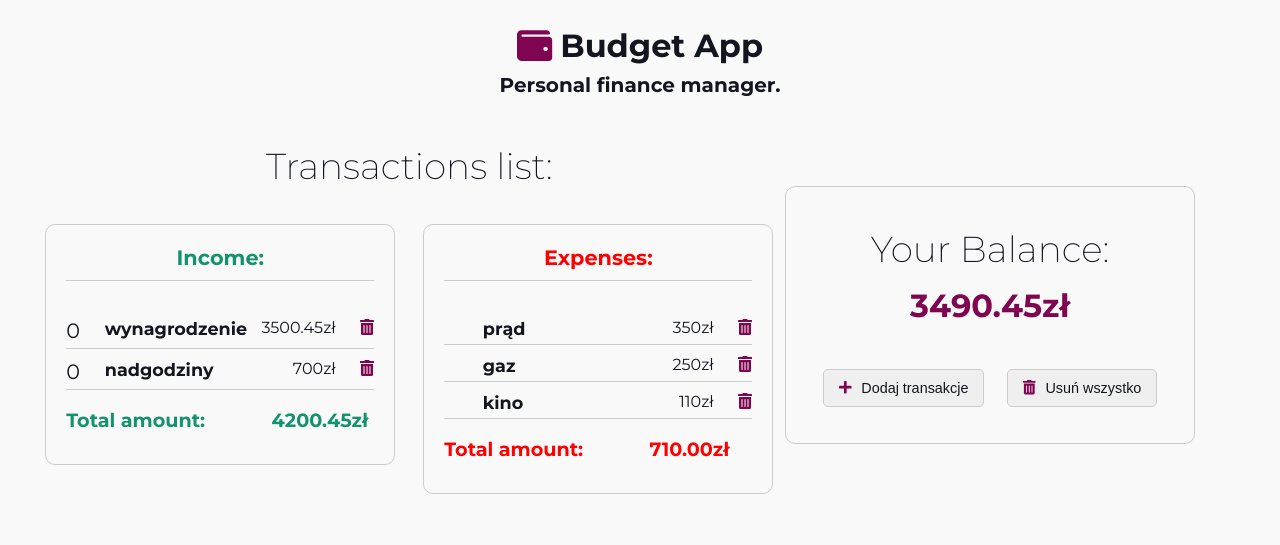
Repository: KrzysKolo/sr_tydzien4_zad4
Page: /
The author's editor kept a copy of each file at every save. The page is drawn from the files as they stood at one save, then again after a run of saves.
The browser window is 1280 px wide. The pictures show the whole page.
Some web libraries are served in a nearby version. The project was rebuilt for these pictures with package versions that can differ from the ones it lists, and the page was loaded fresh each time. Also part of the build but not shown: src/components/budgetComponents/sectionComponents/Cat.js, src/components/budgetComponents/formComponents/Header.js, src/components/budgetComponents/formComponents/ErrorMessage.js, src/components/budgetComponents/formComponents/Input.js, src/components/budgetComponents/formComponents/Select.js.

Above is the page before, as saved 2020-12-09 04:22:18.

### public/index.html
<!DOCTYPE html>
<html lang="en">
  <head>
    <meta charset="utf-8" />
    <link rel="icon" href="%PUBLIC_URL%/favicon.ico" />
    <meta name="viewport" content="width=device-width, initial-scale=1" />
    <meta name="theme-color" content="#000000" />
    <meta
      name="description"
      content="Web site created using create-react-app"
    />
    <link rel="apple-touch-icon" href="%PUBLIC_URL%/logo192.png" />
    <!--
      manifest.json provides metadata used when your web app is installed on a
      user's mobile device or desktop. See https://developers.google.com/web/fundamentals/web-app-manifest/
    -->
    <link rel="manifest" href="%PUBLIC_URL%/manifest.json" />
    <!--
      Notice the use of %PUBLIC_URL% in the tags above.
      It will be replaced with the URL of the `public` folder during the build.
      Only files inside the `public` folder can be referenced from the HTML.

      Unlike "/favicon.ico" or "favicon.ico", "%PUBLIC_URL%/favicon.ico" will
      work correctly both with client-side routing and a non-root public URL.
      Learn how to configure a non-root public URL by running `npm run build`.
    -->
    <link
      href="https://fonts.googleapis.com/css?family=Montserrat:200,400,700&display=swap&subset=latin-ext"
      rel="stylesheet"
    />
    <script
      src="https://kit.fontawesome.com/327a0d490c.js"
      crossorigin="anonymous"
    ></script>
    <title>Budget</title>
  </head>
  <body>
    <noscript>You need to enable JavaScript to run this app.</noscript>
    <div id="root"></div>
    <!--
      This HTML file is a template.
      If you open it directly in the browser, you will see an empty page.

      You can add webfonts, meta tags, or analytics to this file.
      The build step will place the bundled scripts into the <body> tag.

      To begin the development, run `npm start` or `yarn start`.
      To create a production bundle, use `npm run build` or `yarn build`.
    -->
  </body>
</html>

### src/App.js
import React from 'react';
import Budget from './components/Budget'

const App = () => {
  return (
    <>
      <Budget/>
    </>
  )
}

export default App;

### src/components/Budget.js
import React, { useContext } from 'react';
import Header from './budgetComponents/Header';
import Section from './budgetComponents/Section';
import SectionInfo from './budgetComponents/SectionInfo';
import H2 from './budgetComponents/sectionComponents/H2';
/* import ExpenseTransaction from './data/ExpenseTransaction';
import IncomeTransaction from './data/IcomeTransaction'; */
import {GlobalContextProvider, GlobalContext} from './context/GlobalState';
import styled, { createGlobalStyle } from 'styled-components';

const GlobalStyle = createGlobalStyle`
    * {
        padding: 0;
        margin: 0;
        box-sizing: border-box;
    }
    body {
        background-color: #f9f9f9;
        color: #14161f;
        font-family: "Montserrat", sans-serif;
        font-size: 16px;
        min-height: 100vh;
    }
    `;
const Container = styled.main`
    font-size: 1.5rem;
`;
const SectionContainer = styled.section`
    display: flex;
    flex-direction: row;
    justify-content: center;
    align-items: center;
`;
const SectionBudget = styled.section`
    display: flex;
    flex-direction: column;
    justify-content: center;
    align-items: center;
`;
const DivItems = styled.div`
    display: flex;
    flex-direction: row;
    justify-content: center;
    align-items: flex-start;

`;
const Budget = () => {
    const {incomeTransactions, expenseTransactions}=useContext(GlobalContext);
    const incomeAmounts = incomeTransactions.map(incomeTransaction => incomeTransaction.amount);
    const expenseAmounts = expenseTransactions.map(expenseTransaction => expenseTransaction.amount);
    const totalIncome = incomeAmounts.reduce((acc, item) => (acc+=item),0).toFixed(2);
    const totalExpense = expenseAmounts.reduce((acc, item) => (acc+=item),0).toFixed(2);
    const totalAmounte = totalIncome - totalExpense;

    return (
        <GlobalContextProvider>
            <GlobalStyle />
            <Container>
                <Header />
                <SectionContainer>
                    <SectionBudget>
                        <H2 title="Transactions list" />
                        <DivItems>
                            <Section title="Income" label="income" data={incomeTransactions} total={totalIncome}/>
                            <Section title="Expenses" data={expenseTransactions} total={totalExpense} />
                        </DivItems>
                    </SectionBudget>
                    <SectionInfo title="Your Balance" total={totalAmounte} />
                </SectionContainer>
            </Container>
        </GlobalContextProvider>
    )
}

export default Budget;

### src/components/budgetComponents/Header.js
import React from 'react';
import styled from 'styled-components';
import { FontAwesomeIcon } from '@fortawesome/react-fontawesome';
import { faWallet } from '@fortawesome/free-solid-svg-icons';

const SectionHeader = styled.header`
    align-items: center;
    color: rgb(127, 5, 80);
    display: flex;
    font-size: 2.2rem;
    flex-direction: column;
    justify-content: center;
    padding: 2%;
`;
const DivHeader = styled.div`
    align-items: center;
    display: flex;
    flex-direction: row;
    justify-content: center;
    margin-bottom: 0.5rem;
`;
const H1Header = styled.h1`
    color: #14161f;
    font-size: 2rem;
    margin-left: .5rem;
`;
const H2Header = styled.h2`
    color: #14161f;
    font-size: 1.25rem;
`;
const Header = () => {
    return (
        <SectionHeader>
            <DivHeader>
                <FontAwesomeIcon icon={faWallet}/>
                <H1Header>Budget App</H1Header>
            </DivHeader>
            <H2Header>Personal finance manager.</H2Header>
        </SectionHeader>
    )
}

export default Header;

### src/components/budgetComponents/Section.js
import React, { useContext } from 'react';
import { GlobalContext } from '../context/GlobalState';
import { H1, DivData }from './sectionComponents/index';

import styled from 'styled-components';

const SectionWrapper = styled.section`
    border: 1px solid #ccc;
    border-radius: 10px;
    display: flex;
    flex-direction: column;
    font-size: 1.3rem;
    justify-content: center;
    align-items: center;
    margin: 2%;
    padding: 20px;
    min-width: 350px;
    width: 50%;
`;
const Section = ({ title, label, data, total }) => {
    const {deleteTransaction} = useContext(GlobalContext);
   return (
        <SectionWrapper>
           <H1 title={title} label={label} />
           <DivData data={data} label={label} total={total} onClick={deleteTransaction} />
        </SectionWrapper>
    )
}

export default Section;

### src/components/budgetComponents/SectionInfo.js
import React, { useState } from 'react';
import { H2, P } from './sectionComponents/index';
import Form from './Form';
import Button from './../budgetComponents/buttons/Button';
import styled from 'styled-components';
import { faPlus,  faTrashAlt } from '@fortawesome/free-solid-svg-icons';
const SectionWrapper = styled.section`
    border: 1px solid #ccc;
    border-radius: 10px;
    display: flex;
    flex-direction: column;
    margin: 2vw;
    padding: 2%;
`;
const ButtonWrapper = styled.div`
    display: flex;
    flex-direction: row;
`;

const SectionInfo = ({ title, total }) => {
    const [showForm, setShowForm] = useState(false);
    const openForm = () =>{
        setShowForm(prev => !prev);
  };
    return (
        <>
        <SectionWrapper>
           <H2 title={title}> </H2>
           <P total={total} />
           <ButtonWrapper>
                <Button onClick={openForm} title="Dodaj transakcje" icons={faPlus} />
                <Button title="Usuń wszystko" icons={faTrashAlt} type="submit"/>
           </ButtonWrapper>

        </SectionWrapper>
        <Form showForm={showForm} setShowForm={setShowForm} />
        </>
    )
}

export default SectionInfo;

### src/components/budgetComponents/sectionComponents/H2.js
import React from 'react'
import styled from 'styled-components';

const TitleH2 = styled.h2`
    font-weight: 200;
    margin: 2% auto;
    padding: 0.5rem;
`;

const H2 = ({title}) => {
    return (
        <TitleH2>
            {title}:
        </TitleH2>
    )
}

export default H2;

### src/components/context/GlobalState.js
import React, {createContext, useReducer} from 'react';
import AppReducer from './AppReducer';
const initialState = {
    incomeTransactions: [
        { id: 0, category: 0, name: "wynagrodzenie", amount: 3500.45},
        { id: 1, category: 0, name: "nadgodziny", amount: 700},
    ],
    expenseTransactions: [
        { id: 0, category: 1, name: "prąd", amount: 350},
        { id: 1, category: 1, name: "gaz", amount: 250},
        { id: 3, category: 4, name: "kino", amount: 110},
    ],
};
export const GlobalContext = createContext(initialState);
export const GlobalContextProvider = ({children}) => {
    const [state, dispatch] = useReducer(AppReducer, initialState);

    const addIncome = incomeTransaction => {
        dispatch({
            type: "ADD_INCOME",
            payload: incomeTransaction,
        });
    };
    const addExpense = expenseTransaction => {
        dispatch({
            type: "ADD_EXPENSE",
            payload: expenseTransaction,
        });
    };
    const deleteTransaction = id => {
        dispatch({
            type: "DELETE_TRANSACTION",
            payload: id,
          });
    };
    return (
        <GlobalContext.Provider value={{
            incomeTransactions: state.incomeTransactions,
            expenseTransactions: state.expenseTransactions,
            addIncome,
            addExpense,
            deleteTransaction,
        }}>
            {children}
        </GlobalContext.Provider>
    )
}

### src/components/budgetComponents/sectionComponents/index.js
export { default as H1 } from './H1';
export { default as H2 } from './H2';
export { default as P } from './P';
export { default as DivData } from './DivData';

### src/components/budgetComponents/Form.js
import React, { useState, useContext } from 'react';
import { v4 as uuidv4 } from 'uuid';
import { GlobalContext } from '../context/GlobalState';
import { Header, Input, Select } from './formComponents/';
import Button from './buttons/Button';
import styled from 'styled-components';
import SelectOptions from './../data/SelectOptions';
import { faBusinessTime, faSave, faWindowClose } from '@fortawesome/free-solid-svg-icons';
import { useFormik } from 'formik';
import * as yup from 'yup';

const FormWrapper = styled.form`
    background-color: #f9f9f9;
    border: 4px double rgb(127, 5, 80);
    border-radius: 10px;
    box-shadow: 3px 3px 5px rgba(127, 5, 80, 0.5);
    color: rgb(127, 5, 80);
    position: fixed;
    display: flex;
    flex-direction: column;
    justify-content: center;
    align-items: center;
    padding: 10px;
    width: 20vw;
    min-width: 300px;
`;
const ButtonWrapper = styled.div`
    display: flex;
    flex-direction: row;
    justify-content: center;
    border-top: 1px solid rgba(127, 5, 80, 0.3);
    padding-top: 10px;
    margin-top: 1.4rem;
`;

const FormData = ({ showForm, setShowForm }) => {
    const { addTransactions} = useContext(GlobalContext);

    const initialValues  = {
        name: '',
        amount: '',
        category: -1,
    };
    const validationSchema = yup.object({
        name: yup.string().required("Required").min(3, "Musi być min 3 znaki").max(50,"Moze być max 50 znaków"),
        amount: yup.number().required("Required").min(1, "Musi być conajmniej 1 cyfra"),
        category: yup.number().required("Musi być wybrane").min(0, ).max(5),
    })
    const [transaction, setTransaction] = useState({initialValues});
    const onSubmit = (values, {resetForm}, {initialValues} ) => {
        console.log('Form data', values);
        setTransaction = ({
            id: uuidv4(),
            name: initialValues.name,
            amount: initialValues.amount*1,
            category: initialValues.category,
        });
        console.log(transaction);
        addTransactions(transaction);
        console.log("dodano do tablicy");
        resetForm();
    };

    const closeForm = () => {
        setShowForm(false);
    };

    const formik = useFormik({
        initialValues,
        validationSchema,
        onSubmit,
    });
    return (
        <>
        { showForm &&
        <FormWrapper onSubmit={formik.handleSubmit}>
            <Header icons={faBusinessTime} title={"Dodaj transakcje!"} />
            <Input type="text" label="Nazwa transakcji" name="name" placeholder="nazwa transakcji..." onChange={formik.handleChange} value={formik.values.name} onBlur={formik.handleBlur} error={formik.errors.name} message={formik.errors.name} touched={formik.touched.name} />
            <Input type="text" label="Kwota transakcji" name="amount" placeholder="kwota..." onChange={formik.handleChange} value={formik.values.amount} onBlur={formik.handleBlur} error={formik.errors.amount} message={formik.errors.amount} touched={formik.touched.amount}/>
            <Select options={SelectOptions} label="Wybierz kategorię transakcji" name="category" onChange={formik.handleChange} value={formik.values.category} onBlur={formik.handleBlur} error={formik.errors.category} message={formik.errors.category} touched={formik.touched.category}/>
            <ButtonWrapper>
                <Button type="submit" title="Zapisz" icons={faSave} />
                <Button title="Anuluj" icons={faWindowClose} type="cancel" onClick={closeForm} />
            </ButtonWrapper>
        </FormWrapper>
        }
        </>
    )
}

export default FormData;

### src/components/budgetComponents/buttons/Button.js
import React from 'react';
import styled from 'styled-components';
import { FontAwesomeIcon } from '@fortawesome/react-fontawesome';

const ButtonDiv = styled.button`
    border: 1px solid #ccc;
    border-radius: 5px;
    margin: 0.7rem;
    padding: 10px 15px;
    display: flex;
    flex-direction: row;
    align-items: center;
    color: rgb(127, 5, 80);
    font-size: 0.9rem;
    cursor: pointer;
    transition: 0.3s ease-in-out;
    &:hover {
        border: 1px solid rgba(127, 5, 80, 0.4);
        background-color:  #f9f9f9;
        color: rgba(127, 5, 80, 0.5);
    }
`;
const ButtonTitleDiv = styled.div`
    margin-left: 10px;
    color: #14161f;
`;
const Button = ({ title, icons, onClick }) => {
    return (
        <ButtonDiv onClick={onClick}>
            <FontAwesomeIcon icon={icons} />
            <ButtonTitleDiv>{title}</ButtonTitleDiv>
        </ButtonDiv>
    )
}

export default Button;

### src/components/context/AppReducer.js
export default (state, action) => {
    switch (action.type) {
        case 'ADD_INCOME':
            return {
                ...state,
                incomeTransactions: [action.payload, ...state.incomeTransactions],
            }
        case 'ADD_EXPENSE':
            return {
                ...state,
                expenseTransactions: [action.payload, ...state.expenseTransactions],
            }
        case 'DELETE_TRANSACTION':
            return {
                ...state,
                incomeTransactions: state.incomeTransactions.filter(
                    incomeTransaction => incomeTransaction.id !== action.payload
                  ),
                  expenseTransactions: state.expenseTransactions.filter(
                    expenseTransaction => expenseTransaction.id !== action.payload
                  ),
            }
        default:
            return state
        }
      };

### src/components/budgetComponents/sectionComponents/H1.js
import React from 'react'
import styled from 'styled-components';

const TitleH1Styles = (label) => `
border-bottom: 1px solid #ccc;
color: ${label ? 'rgb(19, 147, 109)' : 'red'};
margin-bottom: 2rem;
padding-bottom: 10px;
display: block;
width: 100%;
text-align: center;
`;
const TitleH1 = styled.h1`
      ${props => TitleH1Styles(props.label)}
`;
const H1 = (props) => {
    const { title, label } = props;
    return (
        <TitleH1 label={label}>
            {title}:
        </TitleH1>
    )
}

export default H1;

### src/components/budgetComponents/sectionComponents/P.js
import React from 'react';
import styled from 'styled-components';

const InfoP = styled.p`
    color: rgb(127, 5, 80);
    font-size: 2rem;
    font-weight: bold;
    width: 100%auto;
    text-align: center;
    padding-bottom: 2rem;
`;

const P = ({total}) => {
    return (
        <InfoP>
            {total}zł
        </InfoP>
    )
}

export default P;

### src/components/budgetComponents/sectionComponents/DivData.js
import React from 'react';
import Cat from './Cat';
import { FontAwesomeIcon } from '@fortawesome/react-fontawesome';
import { faTrashAlt} from '@fortawesome/free-solid-svg-icons';
import styled from 'styled-components';

const Container = styled.div`
    width: 100%;
    display: flex;
    flex-direction: column;
    justify-content: flex-start;
    align-items: flex-start;
    align-content: flex-start;
`;
const DivWrapper = styled.div`
    display: grid;
    grid-template-columns: 0.5fr 2fr 1fr 0.5fr;
    width: 100%;
    margin: 5px 0;
    border-bottom: 1px solid #ccc;
    padding-bottom: 5px;
`;
const NameH3 = styled.h3`
    font-size: 1.1rem;
    font-weight: 600;
    text-align: left;
`;
const AmountSpan = styled.span`
    font-size: 1rem;
    text-align: right;
`;
const FontAwsomeP = styled.p`
    font-size: 1rem;
    font-weight: 300;
    text-align: right;
    color: rgb(127, 5, 80);
    cursor: pointer;
    transition: 0.3s ease-in-out;
    &:hover{
        transform: scale(0.9);
        color: rgba(127, 5, 80, 0.8);
    }
`;
const TotalAmountDivStyles = (label) => `
    color: ${label ? 'rgb(19, 147, 109)' : 'red'};
    font-size: 1.2rem;
    font-weight: 800;
    margin: 4% auto;
    width: 100%;
`;
const TotalAmountDiv = styled.div`
    display: grid;
    grid-template-columns: 2fr 1fr;
    ${props => TotalAmountDivStyles(props.label)}
`;
const AmountP = styled.p`
    text-align: right;
    margin-right: 27%;
`;
const IcoP = styled.p`
    font-size: 1.1.rem;
`;
const DivData = ({data, label, total, onClick}) => {

    return (
        <Container>
            {data.map(item => (
                <DivWrapper key={item.id}>
                    < IcoP> {item.category && <Cat />}

                    </IcoP>
                    <NameH3>{item.name}</NameH3>
                    <AmountSpan>{item.amount}zł</AmountSpan>
                    <FontAwsomeP  onClick={() => onClick(data.id)}><FontAwesomeIcon icon={faTrashAlt}/></FontAwsomeP>
                </DivWrapper>)) }
                <TotalAmountDiv label={label}><p>Total amount:</p>  <AmountP>{total}zł</AmountP></TotalAmountDiv>
        </Container>
    )
}

export default DivData;

### src/components/budgetComponents/formComponents/index.js
export { default as Header } from './Header';
export { default as Input } from './Input';
export { default as ErrorMessage } from './ErrorMessage';
export { default as Select } from './Select';

### src/components/data/SelectOptions.js
const SelectOptions=[
    { id: -1, value: "-1", label:"", title: 'Select...' },
    { id: 0, value: "0", label:"[+]", title: 'Przychód' },
    { id: 1, value: "1", label:"[-]", title: 'Rachunki' },
    { id: 2, value: "2", label:"[-]", title: 'Sport' },
    { id: 3, value: "3", label:"[-]", title: 'Wyżywienie' },
    { id: 4, value: "4", label:"[-]", title: 'Kultura' },
    { id: 5, value: "5", label:"[-]", title: 'Wypoczynek' },
];
export default SelectOptions;

Loaded but not shown: src/index.js (common file); src/index.css (common file)

After the next 4 saves:
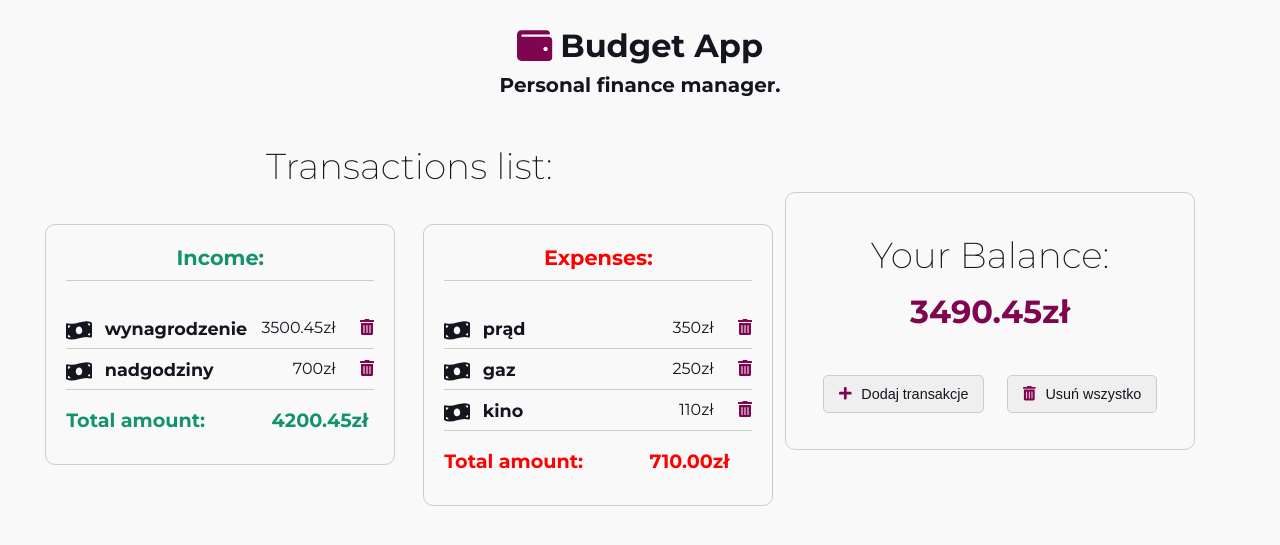
The 4 saves are shown as one change because 3 did not build or start.
The last was saved 7 h 40 min later.
--- a/src/components/budgetComponents/sectionComponents/DivData.js
+++ b/src/components/budgetComponents/sectionComponents/DivData.js
@@ -1,7 +1,7 @@
 import React from 'react';
 import Cat from './Cat';
 import { FontAwesomeIcon } from '@fortawesome/react-fontawesome';
-import { faTrashAlt} from '@fortawesome/free-solid-svg-icons';
+import { faTrashAlt, faMoneyBillWave} from '@fortawesome/free-solid-svg-icons';
 import styled from 'styled-components';
 
 const Container = styled.div`
@@ -66,8 +66,7 @@ const DivData = ({data, label, total, onClick}) => {
         <Container>
             {data.map(item => (
                 <DivWrapper key={item.id}>
-                    < IcoP> {item.category && <Cat />}
-
+                    < IcoP><FontAwesomeIcon icon={faMoneyBillWave} />
                     </IcoP>
                     <NameH3>{item.name}</NameH3>
                     <AmountSpan>{item.amount}zł</AmountSpan>
